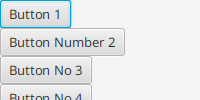
Repository: tsulai/miu_mpp
Program's window: java mpp_workspace/JavaFX_HW_Day-1_USE_L66_D/src/level2_diff_layouts/TilePane.java
The author's editor kept a copy of each file at every save. The program's window is drawn from the files as they stood at one save, then again after the next save.
It runs on Java 21 on a 1366 x 768 screen with JavaFX 11; the title bar is not drawn.

Above is the program's window before, as saved 2022-01-30 08:19:04.

After the next save:
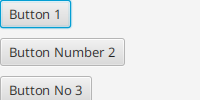
Saved 23 s later.
--- a/mpp_workspace/JavaFX_HW_Day-1_USE_L66_D/src/level2_diff_layouts/TilePane.java
+++ b/mpp_workspace/JavaFX_HW_Day-1_USE_L66_D/src/level2_diff_layouts/TilePane.java
@@ -30,6 +30,9 @@
         tilePane.getChildren().add(button5);
         tilePane.getChildren().add(button6);
 
+        tilePane.setHgap(10);
+        tilePane.setVgap(10);
+
         tilePane.setTileAlignment(Pos.TOP_LEFT);
 
         Scene scene = new Scene(tilePane, 200, 100);
